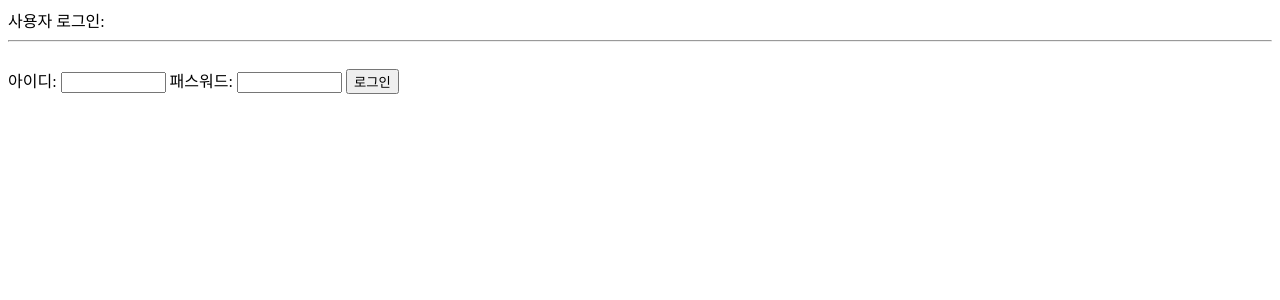
Repository: huny4daniel/jsp-study
Page: http://localhost/pro0331/WebContents/login/login.jsp
An editor plug-in stored every save of this project. The page is shown before and after the next save, followed by the edit.
The browser window is 1280 px wide. The pictures show the whole page.
The page is served by Tomcat 9.

Above is the page before, as saved 2026-03-31 05:14:19.

After the next save:
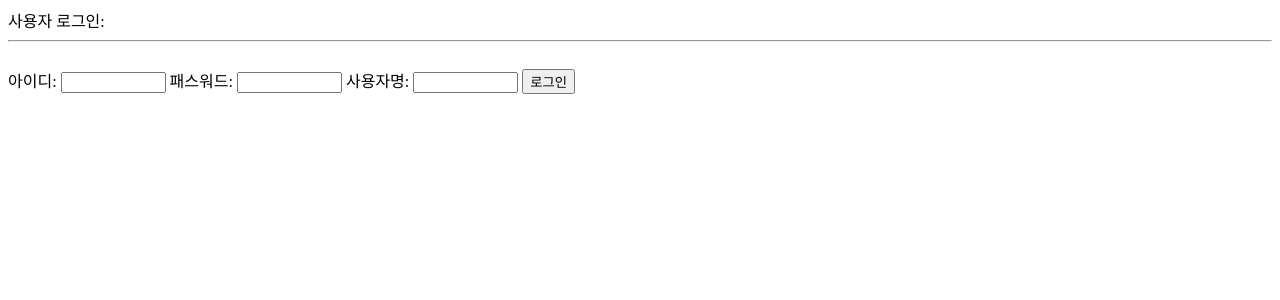
Saved 3 min 31 s later.
--- a/pro0331/WebContents/login/login.jsp
+++ b/pro0331/WebContents/login/login.jsp
@@ -11,6 +11,7 @@
 <form action="process.jsp">
 아이디: <input type="text" name="userId" size="10">
 패스워드: <input type="password" name="password" size="10">
+사용자명: <input type="text" name="userName" size="10">
 <input type="submit" value="로그인">
 </form>
 </body>
